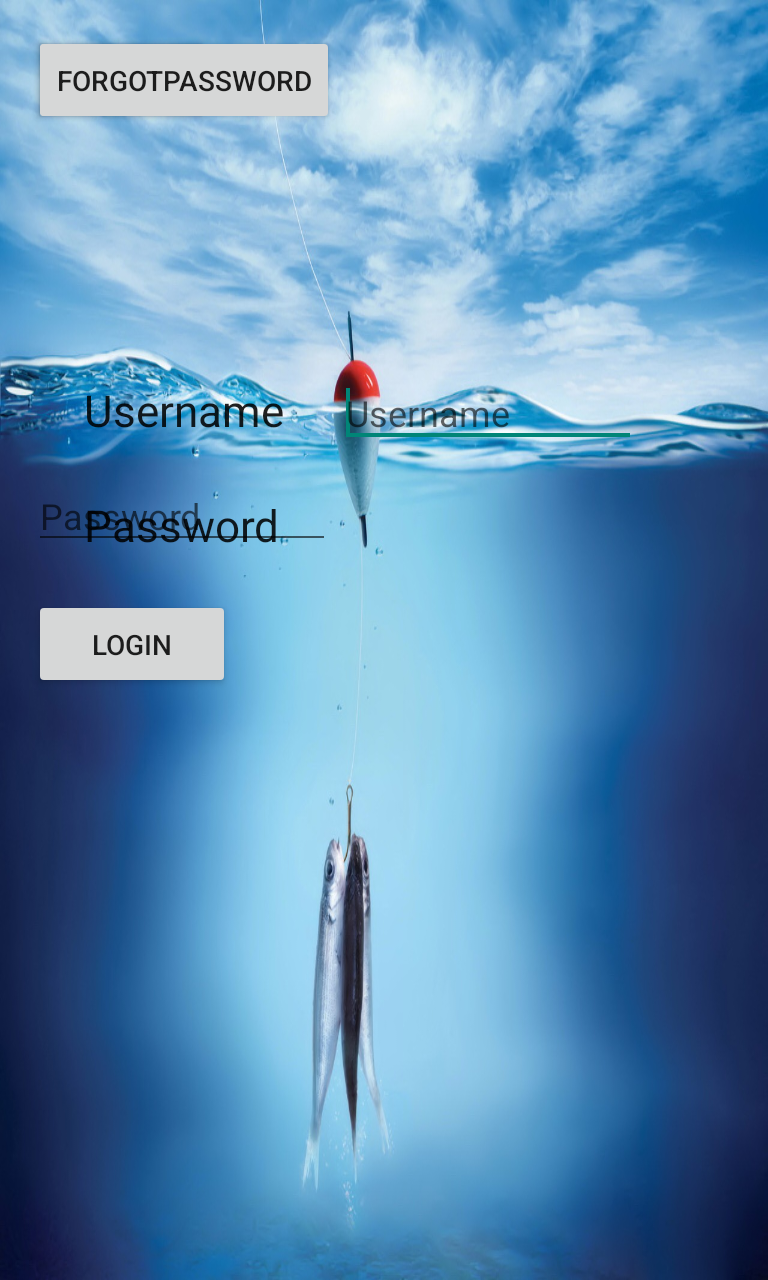
Repository: zerox2012/Fall2014Android
Layout: FishingBuddy/res/layout/activity_login.xml
These files come from the project's save history. The layout is drawn as it stood at one moment and after the next save; the edit follows.
It is drawn on a 768 x 1280 px phone screen (xhdpi) without system bars, with theme AppTheme; the app's code is not run.

Above is the layout before, as saved 2014-10-20 18:05:37.

After the next save:
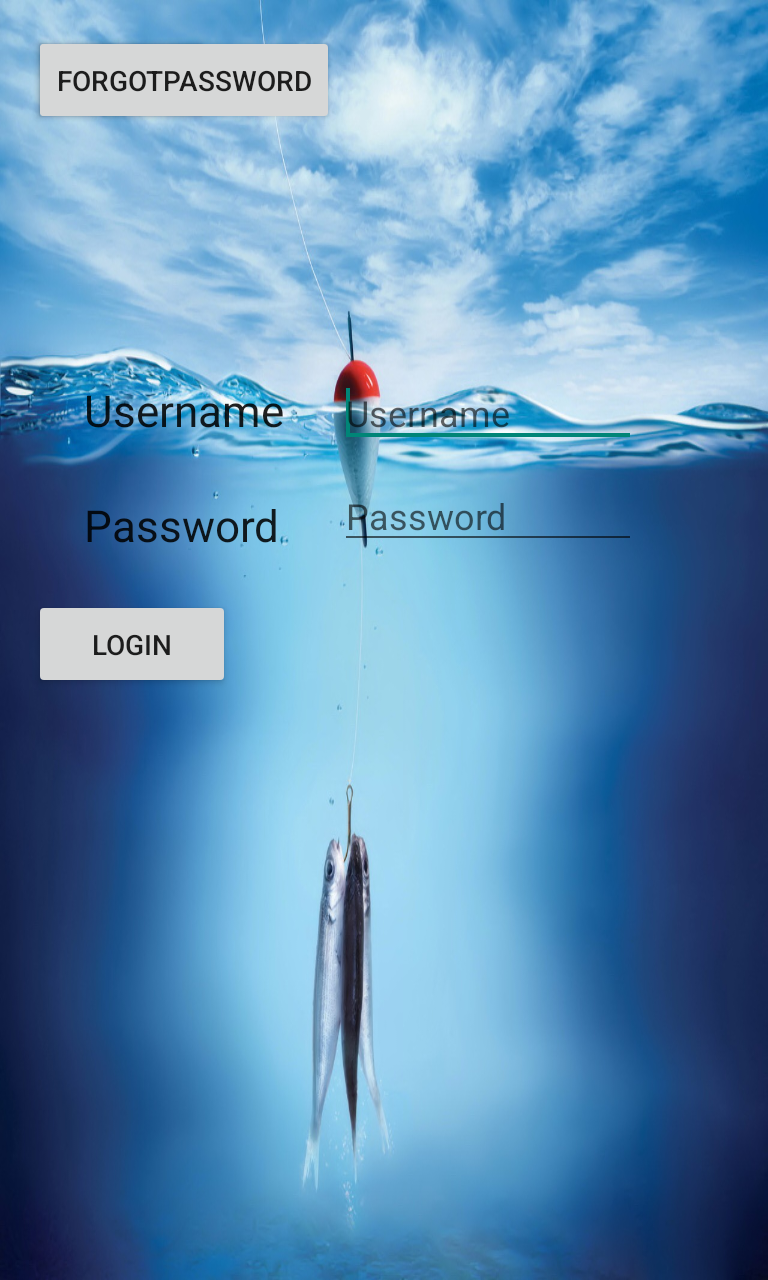
Saved 31 s later.
--- a/FishingBuddy/res/layout/activity_login.xml
+++ b/FishingBuddy/res/layout/activity_login.xml
@@ -34,7 +34,7 @@
         android:inputType="text" />
 
     <EditText
-        android:id="@+id/username"
+        android:id="@+id/input_username"
         android:layout_width="150dp"
         android:layout_height="wrap_content"
         android:layout_alignBottom="@+id/textView2"
